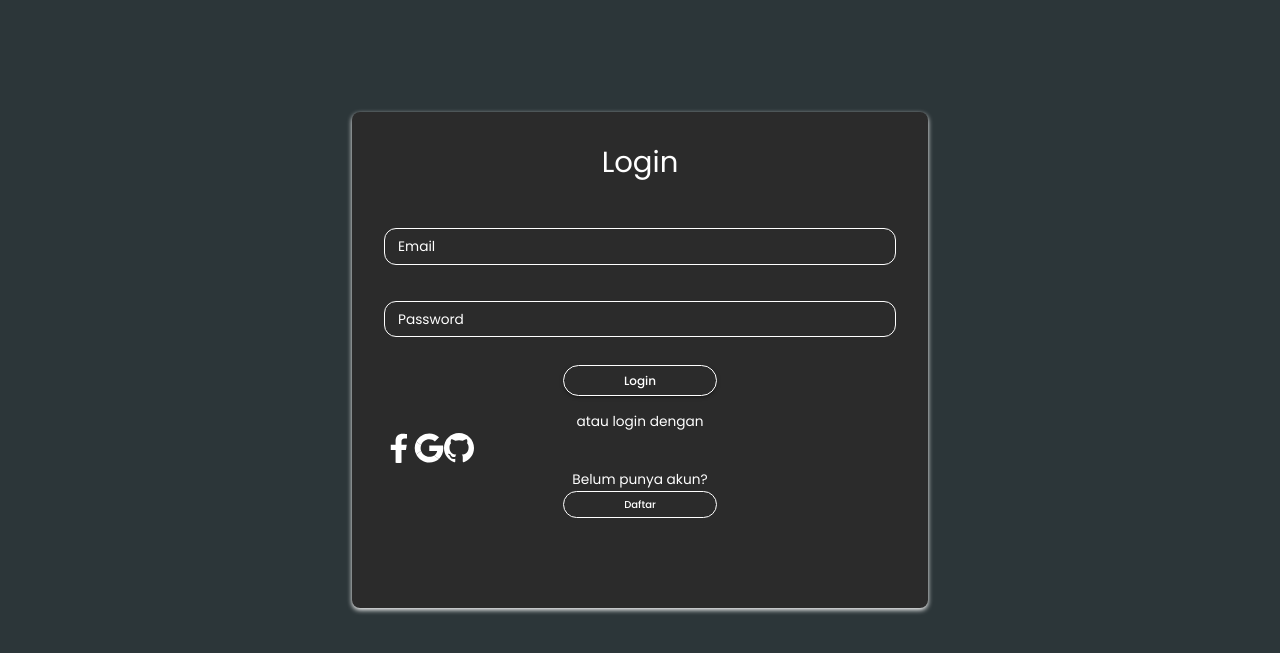
Repository: IzzaSuni/Izza-ToDo
Page: /login
An editor plug-in stored every save of this project. The page is shown before and after the next save, followed by the edit.
The browser window is 1280 px wide. The pictures show the whole page.
The project was rebuilt for these pictures with package versions that can differ from the ones it lists, and the page was loaded fresh each time. Also part of the build but not shown: src/App.css, src/services.js, src/utils/Query.js, src/utils/isLogin.js, src/components/List.js, src/components/Filter.js, src/components/ohayo.js, src/components/navbar.js and 2 more.

Above is the page before, as saved 2022-08-19 20:21:22.

After the next save:
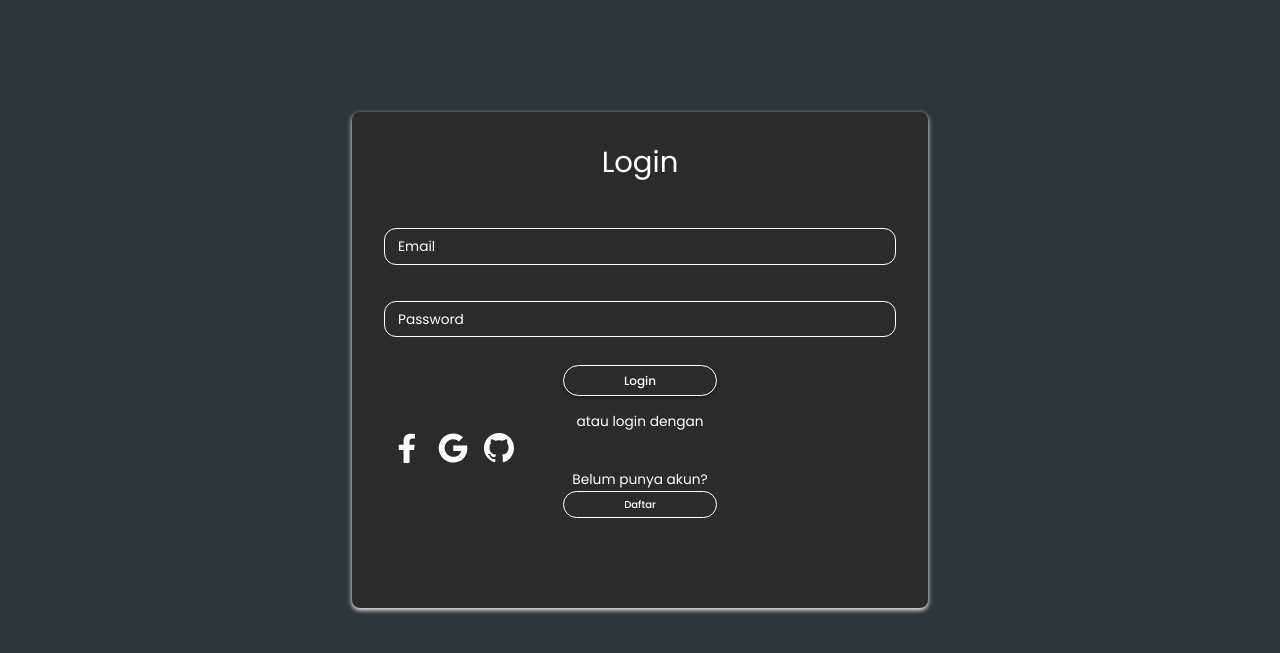
Saved 23 s later.
--- a/src/components/Login.js
+++ b/src/components/Login.js
@@ -174,10 +174,10 @@ export default function Login(prop) {
             <Box>
               <Typography textAlign={"center"}>atau login dengan</Typography>
             </Box>
-            <Box display="inline-flex">
-              <Img src="/facebook.svg" />
-              <Img src="/google.svg" />
-              <Img src="/Github.svg" />
+            <Box display="inline-flex" justifyContent={"center"}>
+              <Img src="/facebook.svg" px={"8px"} />
+              <Img src="/google.svg" px={"8px"} />
+              <Img src="/Github.svg" px={"8px"} />
             </Box>
             <Typography textAlign={"center"}>Belum punya akun?</Typography>
             <Box display="flex" justifyContent={"center"}>
